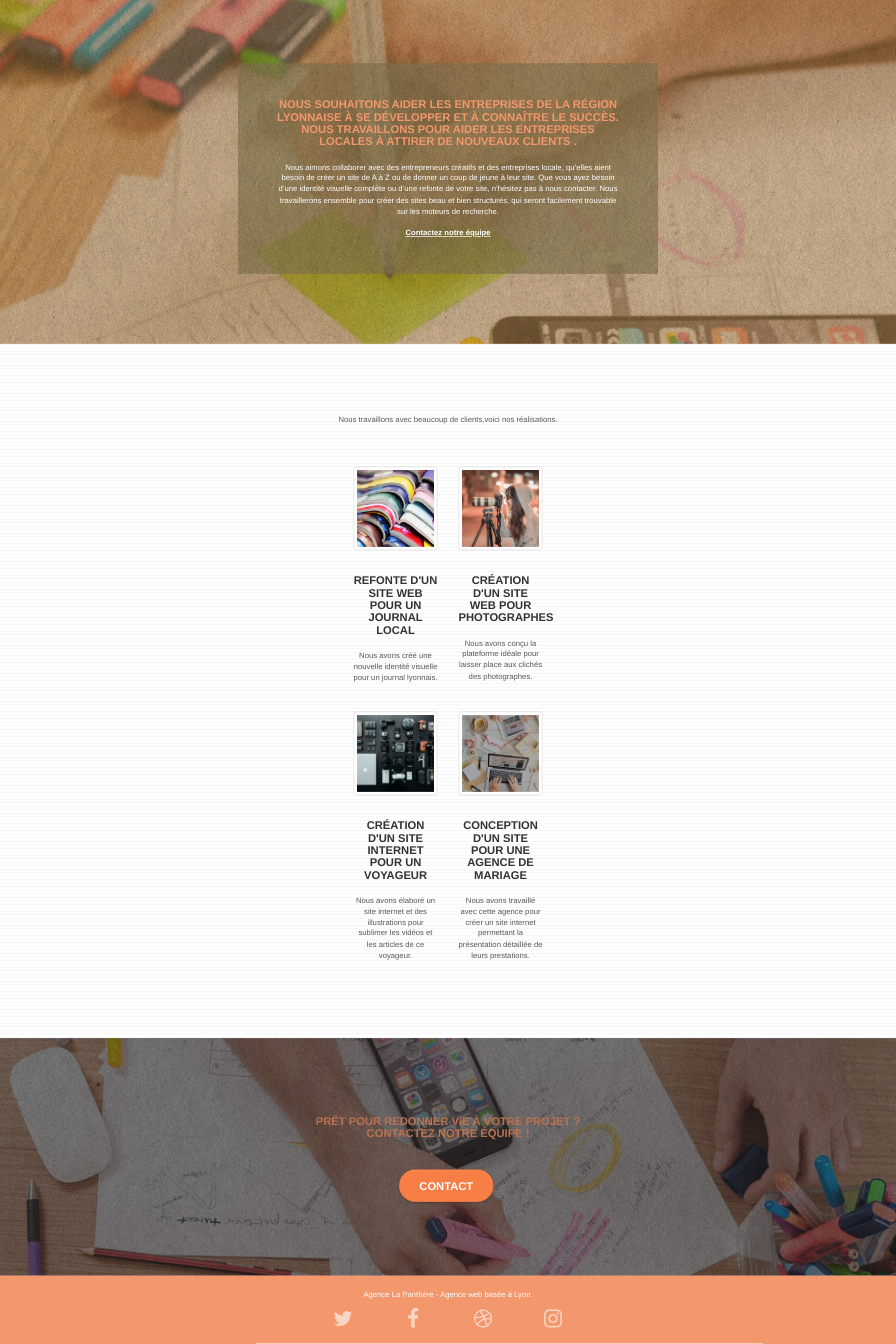
Repository: EtudianteHU/Uyarci_Hilal_4_code_012023
Page: index.html
These files come from the project's save history. The page is drawn as it stood at one moment and after the next save; the edit follows.
The browser window is 1280 px wide. The pictures show the part of the page from y = 1035 to 2955 px (the page is 2955 px tall), at 70% of full size.

Above is the page before, as saved 2023-02-28 19:33:09.

### index.html
<!DOCTYPE html>
<html lang="fr">
    <head>
        <meta charset="utf-8" />
        <meta name="robots" content="index,follow" />
        <meta
            name="description"
            content="La Panthère,agence web basé à lyon,une entreprise de webdesign"
        />
        <meta
            name="viewport"
            content="width=device-width, initial-scale=1.0, viewport-fit=cover"
        />
        <link rel="shortcut icon" type="image/png" href="favicon.webp" />

        <link rel="stylesheet" type="text/css" href="./css/bootstrap.min.css" />
        <link rel="stylesheet" type="text/css" href="style.min.css" />
        <link
            rel="stylesheet"
            type="text/css"
            href="./css/font-awesome.min.css"
        />
        <link rel="stylesheet" type="text/css" href="./css/et-line.min.css" />

        <script src="./js/jquery-2.1.0.min.js"></script>
        <script defer src="./js/bootstrap.min.js"></script>
        <script defer src="./js/blocs.min.js"></script>
        <script defer src="./js/jquery.touchSwipe.min.js"></script>

        <title>Agence La Panthère,meilleure entreprise à Lyon</title>

        <!-- Analytics -->

        <!-- Analytics END -->
    </head>
    <body>
        <!-- Principal conteneur -->
        <main class="page-container">
            <!-- bloc-0 -->
            <header class="bloc bgc-white l-bloc" id="bloc-0">
                <div class="container bloc-sm">
                    <nav class="navbar row">
                        <div class="navbar-header">
                            <a class="navbar-brand" href="index.html" title="Page d'accueil de l'agence"
                                ><img
                                    src="img/agence-la-panthere-monochrome.webp"
                                    alt="La Panthère - Agence de web design"
                                    height="40"
                            /></a>
                            <button
                                id="nav-toggle"
                                type="button"
                                class="ui-navbar-toggle navbar-toggle"
                                data-toggle="collapse"
                                data-target=".navbar-1"
                                aria-pressed="true"
                            >
                                <span class="sr-only">Toggle navigation</span>
                                <span class="icon-bar"></span>
                                <span class="icon-bar"></span>
                                <span class="icon-bar"></span>
                            </button>
                        </div>
                        <div
                            class="collapse navbar-collapse navbar-1 special-dropdown-nav"
                        >
                            <ul class="site-navigation nav navbar-nav">
                                <li>
                                    <a href="index.html">Accueil</a>
                                </li>
                                <li>
                                    <a href="contact.html">Contact</a>
                                </li>
                            </ul>
                        </div>
                    </nav>
                </div>
            </header>
            <!-- bloc-0 END -->

            <!-- bloc-1-presentation -->
            <div
                class="bloc bgc-dark-slate-blue bg-banniere d-bloc bg-t-edge bloc-bg-texture texture-paper b-parallax"
                id="bloc-1-hero"
            >
                <div class="container bloc-lg">
                    <div class="row tight-width-whitespace">
                        <div class="col-sm-12">
                            <img
                                src="img/logo.webp"
                                class="center-block image-resize-mode"
                                width="100"
                                alt="logo de panthere"
                            />
                            <h1 class="text-center hero-bloc-text tc-white">
                                Agence La Panthère
                            </h1>
                            <div class="text-center">
                                <a
                                    href="contact.html"
                                    class="btn btn-lg btn-clean btn-rd cta-hero btn-atomic-tangerine"
                                    id="cta-hero"
                                    >Contact</a
                                >
                            </div>
                        </div>
                    </div>
                </div>
            </div>
            <!-- bloc-1-presentation END -->

            <!-- bloc-2-services -->
            <div class="bloc bgc-white l-bloc" id="bloc-2-services">
                <div class="container bloc-md">
                    <div class="row">
                        <div class="col-sm-12 text-center">
                            <p>
                                L'agence La Panthère est une agence de web
                                design qui aide les entreprises a devenir
                                attractives et visibles sur Internet.
                            </p>
                        </div>
                    </div>
                    <div class="row voffset-lg med-width-whitespace">
                        <div class="col-sm-4">
                            <div class="text-center">
                                <span
                                    class="et-icon-browser sm-shadow icon-dark-slate-blue icons icon-lg"
                                ></span>
                            </div>
                            <h2 class="mg-md text-center">Web design</h2>
                            <p class="text-center">
                                Que vous ayez un site web qui a besoin d'un
                                rafraîchissement ou que vous partiez de zéro,
                                laissez-nous vous réaliser un design dont vous
                                serez fier.
                            </p>
                        </div>
                        <div class="col-sm-4">
                            <div class="text-center">
                                <span
                                    class="et-icon-presentation sm-shadow icon-dark-slate-blue icons icon-lg"
                                ></span>
                            </div>
                            <h2 class="mg-md text-center">Stratégie</h2>
                            <p class="text-center">
                                Plutôt que de suggérer des designs à la mode,
                                nous travaillerons avec vous pour comprendre vos
                                objectifs commerciaux afin de vous proposer le
                                meilleur design possible.<br />
                            </p>
                        </div>
                        <div class="col-sm-4">
                            <div class="text-center">
                                <span
                                    class="et-icon-edit sm-shadow icon-dark-slate-blue icons icon-lg"
                                ></span>
                            </div>
                            <h2 class="mg-md text-center">Illustrations</h2>
                            <p class="text-center">
                                Un bon design n'est rien sans de bonnes
                                illustrations. Laissez faire notre équipe de
                                graphistes talentueux pour donner à vos pages
                                une touche finale d'élégance.
                            </p>
                        </div>
                    </div>
                    <div class="row voffset-lg voffset">
                        <div
                            class="col-xs-12 col-md-8 col-md-offset-2 text-center"
                        >
                            <p>
                                "L'agence La Panthère est une excellente agence
                                web!Les web designers ont réussi à capturer
                                l'essence de notre entreprise et à intégrer à
                                notre site.Cela nous a aidé à doubler nos ventes
                                en ligne à Lyon."<br />
                                Maxime Guibard,PDG de A vos fourchettes
                            </p>
                        </div>
                    </div>
                </div>
            </div>
            <!-- bloc-2-services END -->

            <!-- bloc-3-what-i-do -->
            <div
                class="bloc tc-white bgc-atomic-tangerine bg-presentation d-bloc bloc-bg-texture texture-paper b-parallax"
                id="bloc-3-what-i-do"
            >
                <div class="container bloc-lg">
                    <div class="row tight-width-whitespace black-background">
                        <div class="col-sm-12">
                            <h3 class="mg-md text-center tc-white">
                                Nous souhaitons aider les entreprises de la
                                région Lyonnaise à se développer et à connaître
                                le succès. Nous travaillons pour aider les
                                entreprises locales à attirer de nouveaux
                                clients .<br />
                            </h3>
                            <p class="text-center white">
                                Nous aimons collaborer avec des entrepreneurs
                                créatifs et des entreprises locale, qu’elles
                                aient besoin de créer un site de A à Z ou de
                                donner un coup de jeune à leur site. Que vous
                                ayez besoin d’une identité visuelle complète ou
                                d’une refonte de votre site, n’hésitez pas à
                                nous contacter. Nous travaillerons ensemble pour
                                créer des sites beau et bien structurés, qui
                                seront facilement trouvable sur les moteurs de
                                recherche. <br /><br /><a
                                    class="ltc-white bold-link"
                                    href="contact.html"
                                    title=""
                                    >Contactez notre équipe</a
                                ><br />
                            </p>
                        </div>
                    </div>
                </div>
            </div>
            <!-- bloc-3-what-i-do END -->

            <!-- bloc-4-portfolio -->
            <div
                class="bloc bgc-white bg-lines-h2-bg bg-repeat l-bloc"
                id="bloc-4-portfolio"
            >
                <div class="container bloc-lg">
                    <div class="row">
                        <div class="col-sm-12 text-center">
                            <p>
                                Nous travaillons avec beaucoup de clients,voici
                                nos réalisations.
                            </p>
                        </div>
                    </div>
                    <div class="row tight-width-whitespace portfolio-row">
                        <div class="col-sm-6">
                            <a
                                href="#"
                                data-lightbox="img/1.webp"
                                data-gallery-id="gallery-1"
                                data-caption="Refonte d'un site web pour un journal local"
                                data-frame="snapshot-lb"
                                title="journal local site web refonte"
                                ><img
                                    src="img/1.webp" loading="lazy"
                                    alt="Photo de journal"
                                    class="img-fluid img-thumbnail portfolio-thumb"
                            /></a>
                            <h3 class="mg-md text-center">
                                Refonte d'un site web pour un journal local
                            </h3>
                            <p class="text-center">
                                Nous avons créé une nouvelle identité visuelle
                                pour un journal lyonnais.
                            </p>
                        </div>
                        <div class="col-sm-6">
                            <a
                                href="#"
                                data-lightbox="img/2.webp"
                                data-gallery-id="gallery-1"
                                data-caption="Création d'un site web pour photographes"
                                data-frame="snapshot-lb"
                                title="un site web pour photographes"
                                ><img
                                    src="img/2.webp" loading="lazy"
                                    class="img-fluid img-thumbnail portfolio-thumb"
                                    alt="personne utilisant un appareil photo"
                            /></a>
                            <h3 class="mg-md text-center">
                                Création d'un site web pour photographes
                            </h3>
                            <p class="text-center">
                                Nous avons conçu la plateforme idéale pour
                                laisser place aux clichés des photographes.
                            </p>
                        </div>
                    </div>
                    <div class="row tight-width-whitespace portfolio-row">
                        <div class="col-sm-6">
                            <a
                                href="#"
                                data-lightbox="img/3.webp"
                                data-gallery-id="gallery-1"
                                data-caption="Création d'un site internet pour un voyageur"
                                data-frame="snapshot-lb"
                                title="Plateforme idéale pour les clichés"
                                ><img
                                    src="img/3.webp" loading="lazy"
                                    class="img-fluid img-thumbnail portfolio-thumb"
                                    alt="pièces de caméra"
                            /></a>
                            <h3 class="mg-md text-center">
                                Création d'un site internet pour un voyageur
                            </h3>
                            <p class="text-center">
                                Nous avons élaboré un site internet et des
                                illustrations pour sublimer les vidéos et les
                                articles de ce voyageur.
                            </p>
                        </div>
                        <div class="col-sm-6">
                            <a
                                href="#"
                                data-lightbox="img/4.webp"
                                data-gallery-id="gallery-1"
                                data-caption="Conception d'un site pour une agence de mariage"
                                data-frame="snapshot-lb"
                                title="Présentation détaillée des prestations"
                                ><img
                                    src="img/4.webp" loading="lazy"
                                    class="img-fluid img-thumbnail portfolio-thumb"
                                    alt="personnes utilisant un ordinateur et une tablette"
                            /></a>
                            <h3 class="mg-md text-center">
                                Conception d'un site pour une agence de mariage
                            </h3>
                            <p class="text-center">
                                Nous avons travaillé avec cette agence pour
                                créer un site internet permettant la
                                présentation détaillée de leurs prestations.
                            </p>
                        </div>
                    </div>
                </div>
            </div>
            <!-- bloc-4-portfolio END -->

            <!-- bloc-5-cta -->
            <div
                class="bloc bgc-dark-slate-blue bg-banniere d-bloc bloc-bg-texture texture-paper"
                id="bloc-5-cta"
            >
                <div class="container bloc-lg">
                    <div class="row">
                        <h3 class="mg-md text-center tc-white">
                            Prêt pour redonner vie à votre projet ?<br />Contactez
                            notre équipe !
                        </h3>
                        <div class="col-sm-12 text-center">
                            <a
                                href="contact.html"
                                class="btn btn-atomic-tangerine btn-clean btn-rd btn-lg cta-hero"
                                title=""
                                >Contact</a
                            >
                        </div>
                    </div>
                </div>
            </div>
            <!-- bloc-5-cta END -->

            <!-- Footer - bloc-8 -->
            <footer class="bloc bgc-atomic-tangerine d-bloc" id="bloc-8">
                <div class="container bloc-sm">
                    <div class="row">
                        <div class="col-sm-12">
                            <p class="text-center white">
                                Agence La Panthère - Agence web basée à Lyon.<br />
                            </p>
                            <div class="row row-no-gutters social">
                                <div class="col-sm-3">
                                    <div class="text-center">
                                        <a class="social" target="_blank" href="https://www.twitter.com/?hl=fr"
                                        title="twitter (nouvelle fênetre)">
                                        <span
                                            class="fa fa-twitter icon-md"
                                        ></span></a>
                                    </div>
                                </div>
                                <div class="col-sm-3">
                                    <div class="text-center">
                                        <a class="social" target="_blank" href="https://www.dribbble.com/?hl=fr"
                                        title="facebook (nouvelle fênetre)">
                                        <span
                                            class="fa fa-facebook icon-md"
                                        ></span></a>
                                    </div>
                                </div>
                                <div class="col-sm-3">
                                    <div class="text-center">
                                        <a class="social" target="_blank" href="https://www.dribbble.com/?hl=fr"
                                        title="dribbble (nouvelle fênetre)">
                                        <span
                                            class="fa fa-dribbble icon-md"
                                        ></span></a>
                                    </div>
                                </div>
                                <div class="col-sm-3">
                                    <div class="text-center">
                                        <a class="social" target="_blank" href="https://www.instagram.com/?hl=fr"
                                        title="instagram (nouvelle fênetre)">
                                            <span
                                                class="fa fa-instagram icon-md"
                                            ></span>
                                        </a>
                                    </div>
                                </div>
                            </div>
                        </div>
                    </div>
                </div>
            </footer>
            <!-- Footer - bloc-8 END -->
        </main>
        <!-- Principal conteneur END -->
    </body>
</html>

Loaded but not shown: css/bootstrap.min.css (library); style.min.css (library); css/font-awesome.min.css (library); css/et-line.min.css (library); js/jquery-2.1.0.min.js (library); js/bootstrap.min.js (library); js/blocs.min.js (library); js/jquery.touchSwipe.min.js (library)

After the next save:
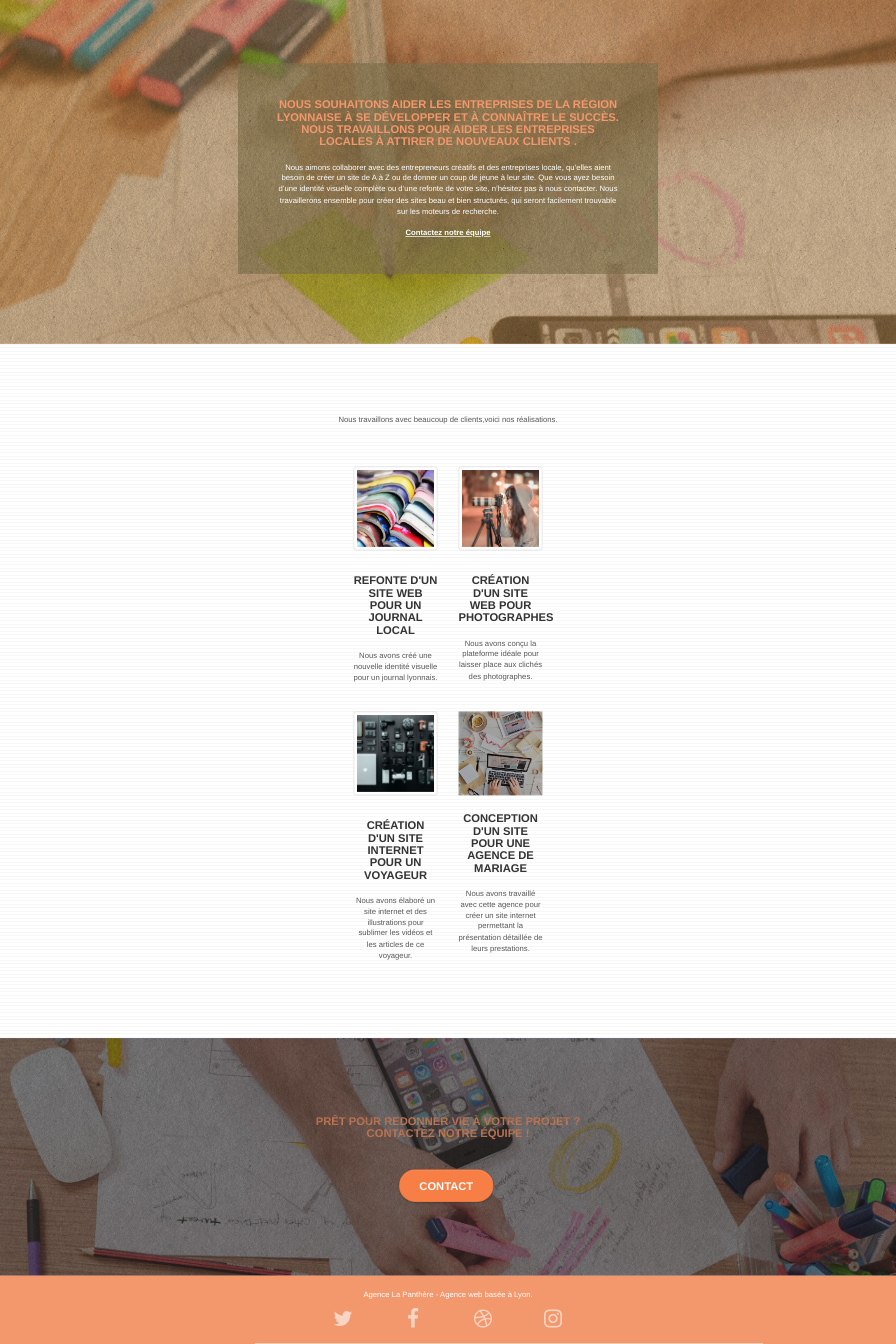
Saved 5 min 12 s later.
--- a/index.html
+++ b/index.html
@@ -312,7 +312,7 @@
                                 title="Présentation détaillée des prestations"
                                 ><img
                                     src="img/4.webp" loading="lazy"
-                                    class="img-fluid img-thumbnail portfolio-thumb"
+                                    class="img-responsive portfolio-thumb"
                                     alt="personnes utilisant un ordinateur et une tablette"
                             /></a>
                             <h3 class="mg-md text-center">
